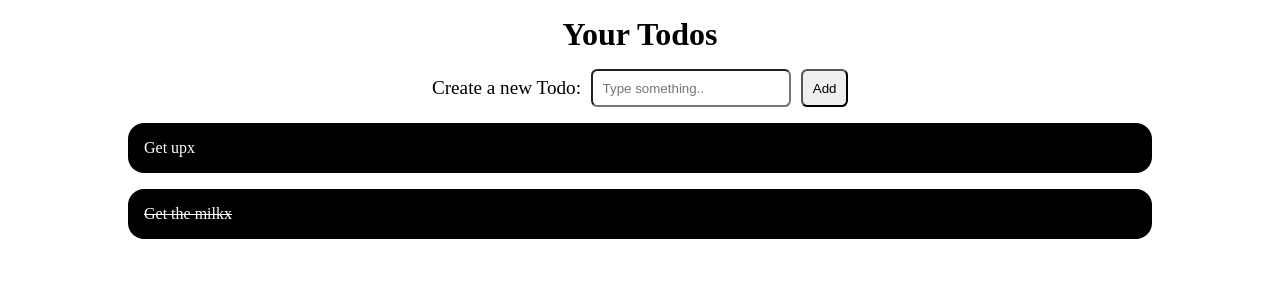
Repository: Heeeeeppo/todo-list
Page: / (app in frontend/)
The author's editor kept a copy of each file at every save. The page is drawn from the files as they stood at one save, then again after a run of saves.
The browser window is 1280 px wide. The pictures show the whole page.
The project was rebuilt for these pictures with package versions that can differ from the ones it lists, and the page was loaded fresh each time.

Above is the page before, as saved 2023-11-07 19:40:37.

After the next 2 saves:
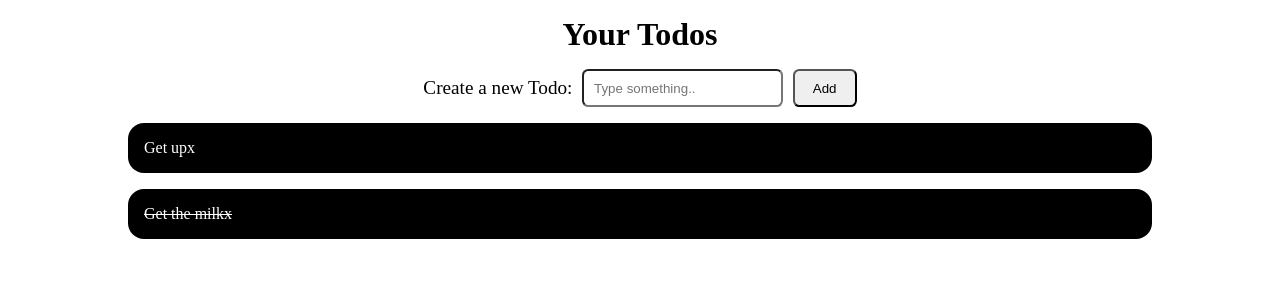
The 2 saves are shown as one change because they came seconds apart.
The last was saved 11 s later.
--- a/frontend/src/index.css
+++ b/frontend/src/index.css
@@ -37,6 +37,7 @@ button {
   margin: 0 10px;
   border-radius: 0.4rem;
   padding: 0.6rem;
+  width: 4rem;
 }
 
 .todo {
